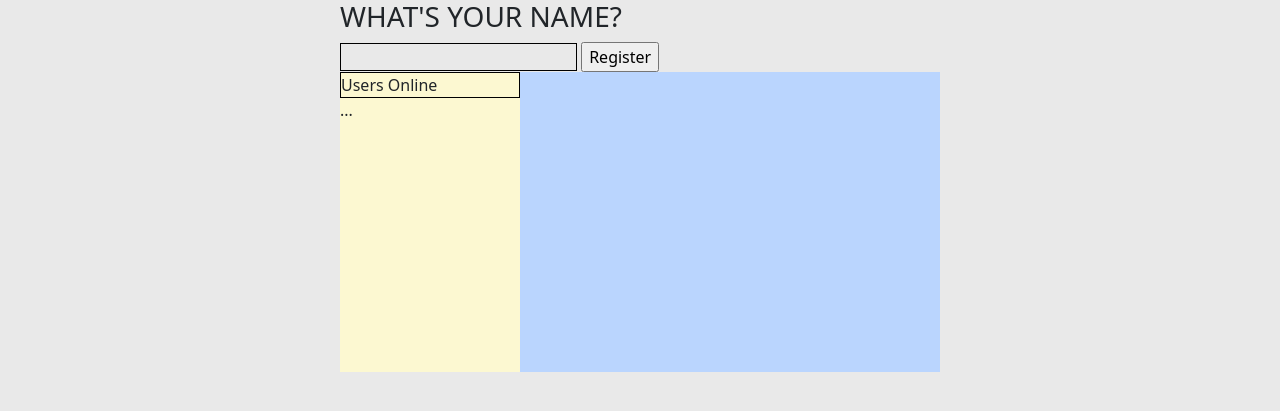
Repository: haimy125/demo_chat
Page: http://localhost/
The author's editor kept a copy of each file at every save. The page is drawn from the files as they stood at one save, then again after the next save.
The browser window is 1280 px wide. The pictures show the whole page.
The page is served by the project's Node server (DEMO_CHAT_SOCKETIO/SERVER.js).

Above is the page before, as saved 2021-08-29 15:32:28.

### DEMO_CHAT_SOCKETIO/views/trangchu.ejs
<!DOCTYPE html>
<html lang="en">

<head>
    <meta charset="UTF-8">
    <meta http-equiv="X-UA-Compatible" content="IE=edge">
    <meta name="viewport" content="width=device-width, initial-scale=1.0">
    <title>demo chat</title>
    <link href="https://cdn.jsdelivr.net/npm/bootstrap@5.0.2/dist/css/bootstrap.min.css" rel="stylesheet" integrity="sha384-EVSTQN3/azprG1Anm3QDgpJLIm9Nao0Yz1ztcQTwFspd3yD65VohhpuuCOmLASjC" crossorigin="anonymous">
    <script src="https://cdn.jsdelivr.net/npm/@popperjs/core@2.9.2/dist/umd/popper.min.js" integrity="sha384-IQsoLXl5PILFhosVNubq5LC7Qb9DXgDA9i+tQ8Zj3iwWAwPtgFTxbJ8NT4GN1R8p" crossorigin="anonymous"></script>
    <script src="https://cdn.jsdelivr.net/npm/bootstrap@5.0.2/dist/js/bootstrap.min.js" integrity="sha384-cVKIPhGWiC2Al4u+LWgxfKTRIcfu0JTxR+EQDz/bgldoEyl4H0zUF0QKbrJ0EcQF" crossorigin="anonymous"></script>

    <script src="jquery.js"></script>
    <script src="socket.io/socket.io.js"></script>
    <link rel="stylesheet" href="layout.css">
    <script src="xuly.js">
    </script>
</head>

<body>
    <div class="container">
        <div id="wrapper">
            <div id="loginForm">
                <h3>WHAT'S YOUR NAME?</h3>
                <input type="text" id="txtUsername">
                <input type="button" value="Register" id="btnRegister" />
            </div>
            <div id="chatForm">
                <div id="left">
                    <div id="boxTitle">Users Online</div>
                    <div id="boxContent">...</div>
                </div>
                <div id="right">

                </div>
            </div>
        </div>
    </div>
</body>

</html>

### DEMO_CHAT_SOCKETIO/SERVER.js
var express = require('express'); //phai require thu vien express moi chay
var app = express(); //khai bao server
app.use(express.static("public")); //can file js, css nen khai bao the nay de all file trong public la khach hang truy cap duoc het

app.set("view engine", "ejs"); //
app.set("views", "./views");
var server = require('http').Server(app); //dựng server
var io = require('socket.io')(server);
server.listen(3000);


app.get('/', function(req, res) {
    res.render('trangchu');
});

### DEMO_CHAT_SOCKETIO/public/layout.css
body {
    background-color: #e9e9e9;
}

#wrapper {
    width: 600px;
    margin: 0 auto;
}

#txtUsername {
    background-color: transparent;
    border: solid 1px black;
    /* border-width: 0 0 1 0; */
}

#left,
#right {
    min-height: 300px;
}

#left {
    width: 30%;
    float: left;
    background-color: #fcf8d1;
}

#right {
    width: 70%;
    float: right;
    background-color: #bad5fe;
}

#boxTitle {
    border: solid 1px black;
}

### DEMO_CHAT_SOCKETIO/public/xuly.js
$(document).ready(function() {
    // alert('a');
});

Loaded but not shown: DEMO_CHAT_SOCKETIO/public/jquery.js (library)

After the next save:
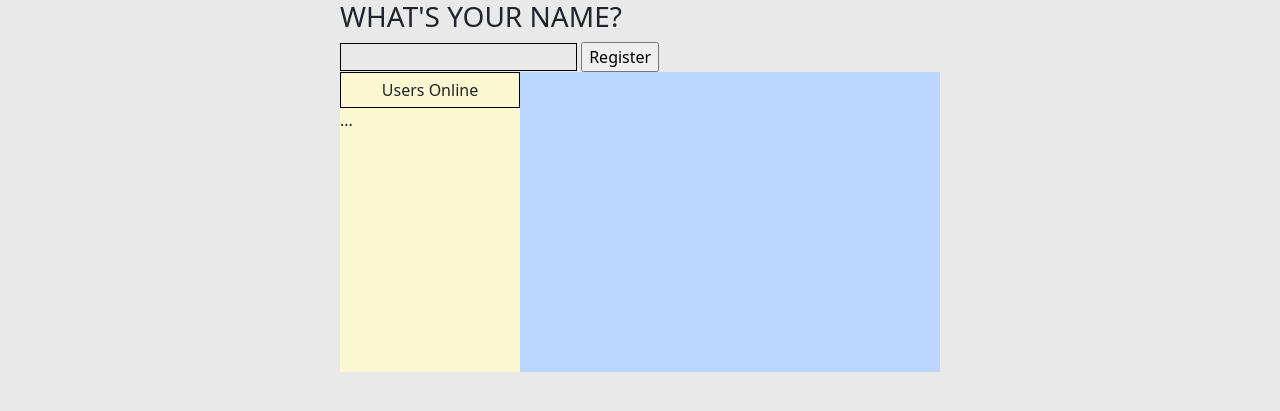
Saved 28 s later.
--- a/DEMO_CHAT_SOCKETIO/public/layout.css
+++ b/DEMO_CHAT_SOCKETIO/public/layout.css
@@ -32,4 +32,6 @@ body {
 
 #boxTitle {
     border: solid 1px black;
+    padding: 5px;
+    text-align: center;
 }
